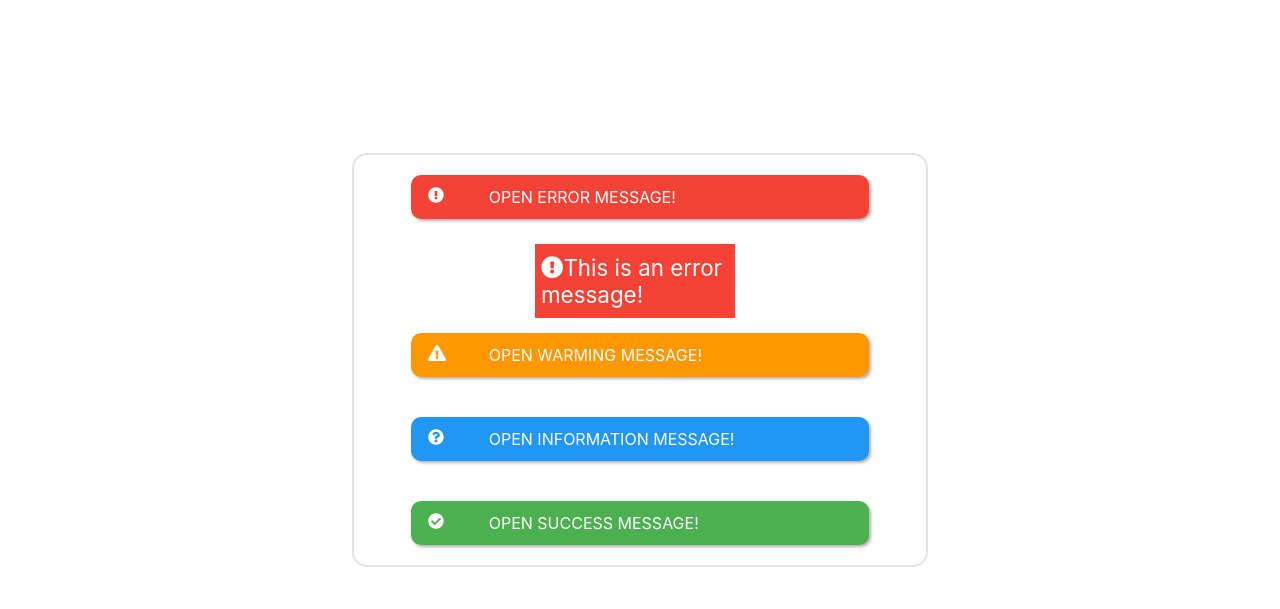
Repository: KrzysKolo/sr_tydzien5_zad2
Page: /, after clicking the first element matching `div.btn`
An editor plug-in stored every save of this project. The page is shown before and after the next save, followed by the edit.
The browser window is 1280 px wide. The pictures show the whole page.
The project was rebuilt for these pictures with package versions that can differ from the ones it lists, and the page was loaded fresh each time.

Above is the page before, as saved 2020-12-28 03:50:29.

After the next save:
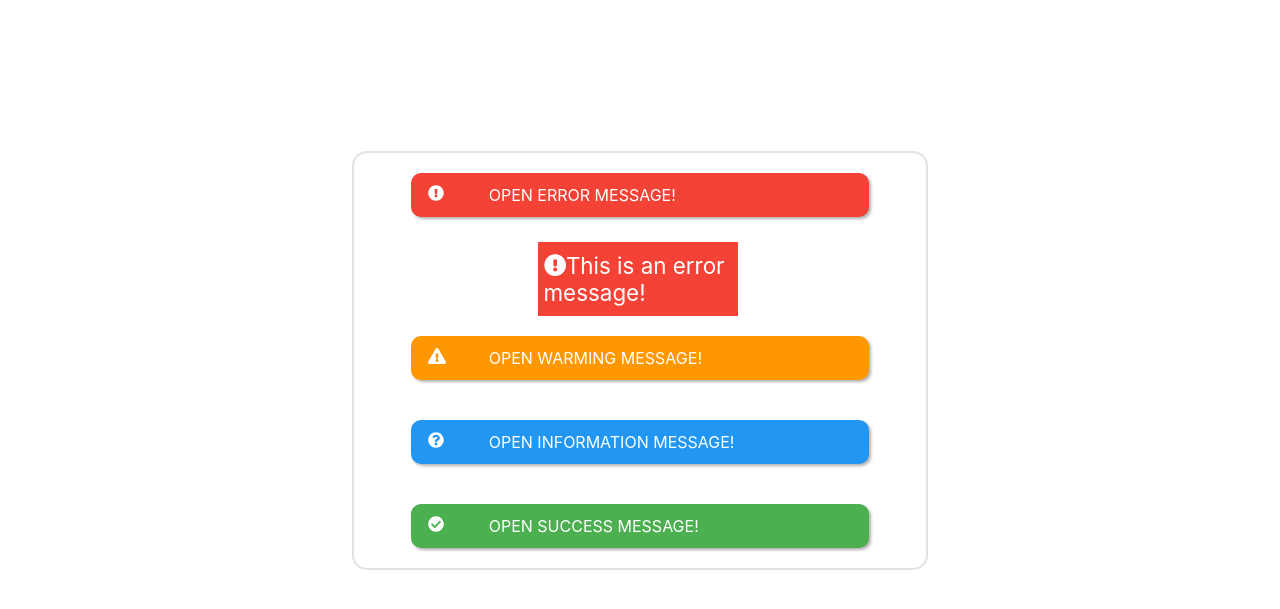
Saved 78 s later.
--- a/src/App.css
+++ b/src/App.css
@@ -57,6 +57,6 @@
   color: black;
 }
 .top-right {
-  top: 5px;
-  right: 5px;
+  margin-top: 5px;
+  margin-right: 5px;
 }

After the 3 saves that followed:
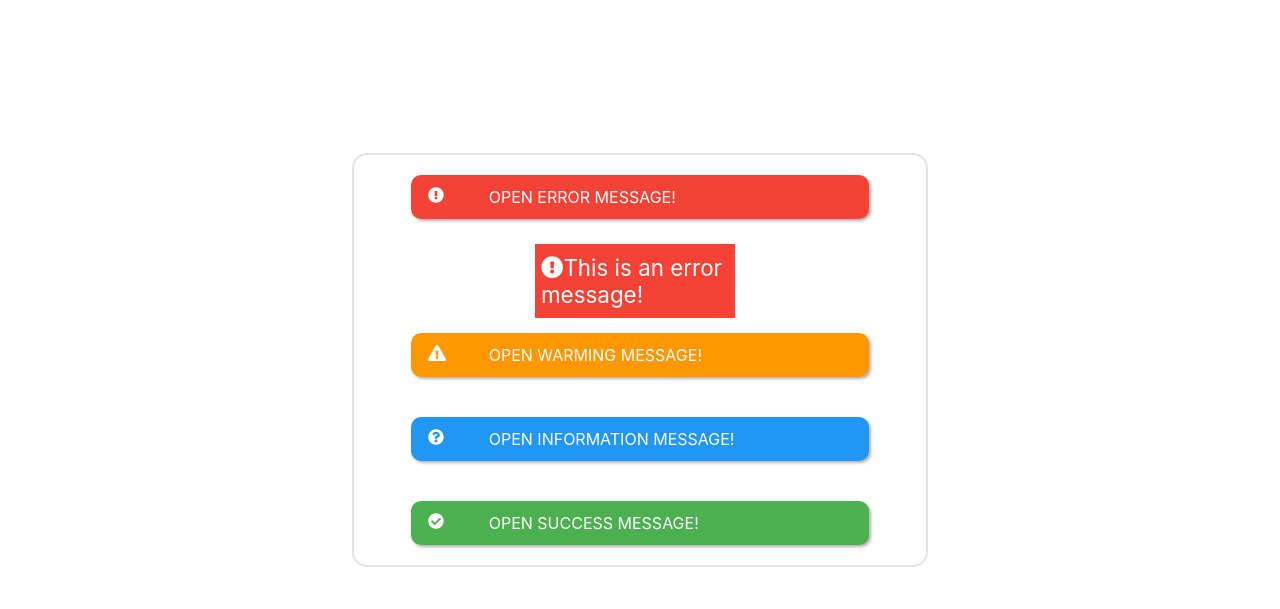
The 3 saves are shown as one change because 2 left the picture as it was.
The last was saved 5 min 43 s later.
--- a/src/App.css
+++ b/src/App.css
@@ -34,6 +34,7 @@
   transition: all 0.3s ease-in-out;
 }
 .snackbar {
+  position: absolute;
   font-size: 1.4rem;
   width: 200px;
   padding: 10px 6px;
@@ -57,6 +58,7 @@
   color: black;
 }
 .top-right {
-  margin-top: 5px;
-  margin-right: 5px;
+  position: relative;
+  top: 5px;
+  right: 5px;
 }
